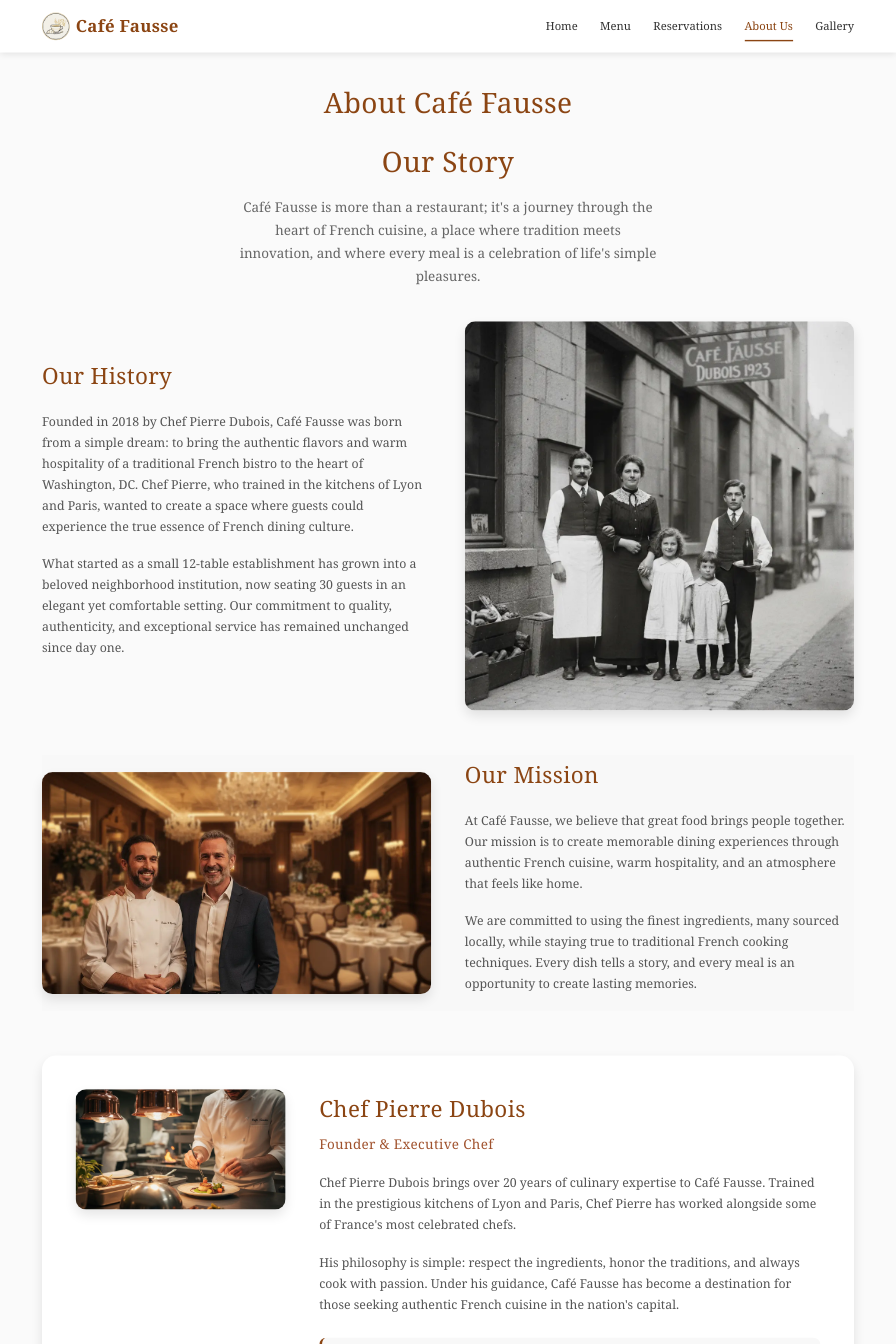
Repository: MatVanDenArt/MSSE-Cafe-Fausse
Page: /about (app in frontend/)
These files come from the project's save history. The page is drawn as it stood at one moment and after the next save; the edit follows.
The browser window is 1280 px wide. The pictures show the part of the page from y = 0 to 1920 px (the page is 3758 px tall before and 3646 px after), at 70% of full size.
The project was rebuilt for these pictures with package versions that can differ from the ones it lists, and the page was loaded fresh each time. Also part of the build but not shown: frontend/src/pages/Home.css, frontend/src/pages/Home.js, frontend/src/pages/Menu.css, frontend/src/pages/Menu.js, frontend/src/pages/Reservations.css, frontend/src/pages/Reservations.js, frontend/src/pages/Gallery.css, frontend/src/pages/Gallery.js.

Above is the page before, as saved 2025-10-26 15:03:41.

After the next save:
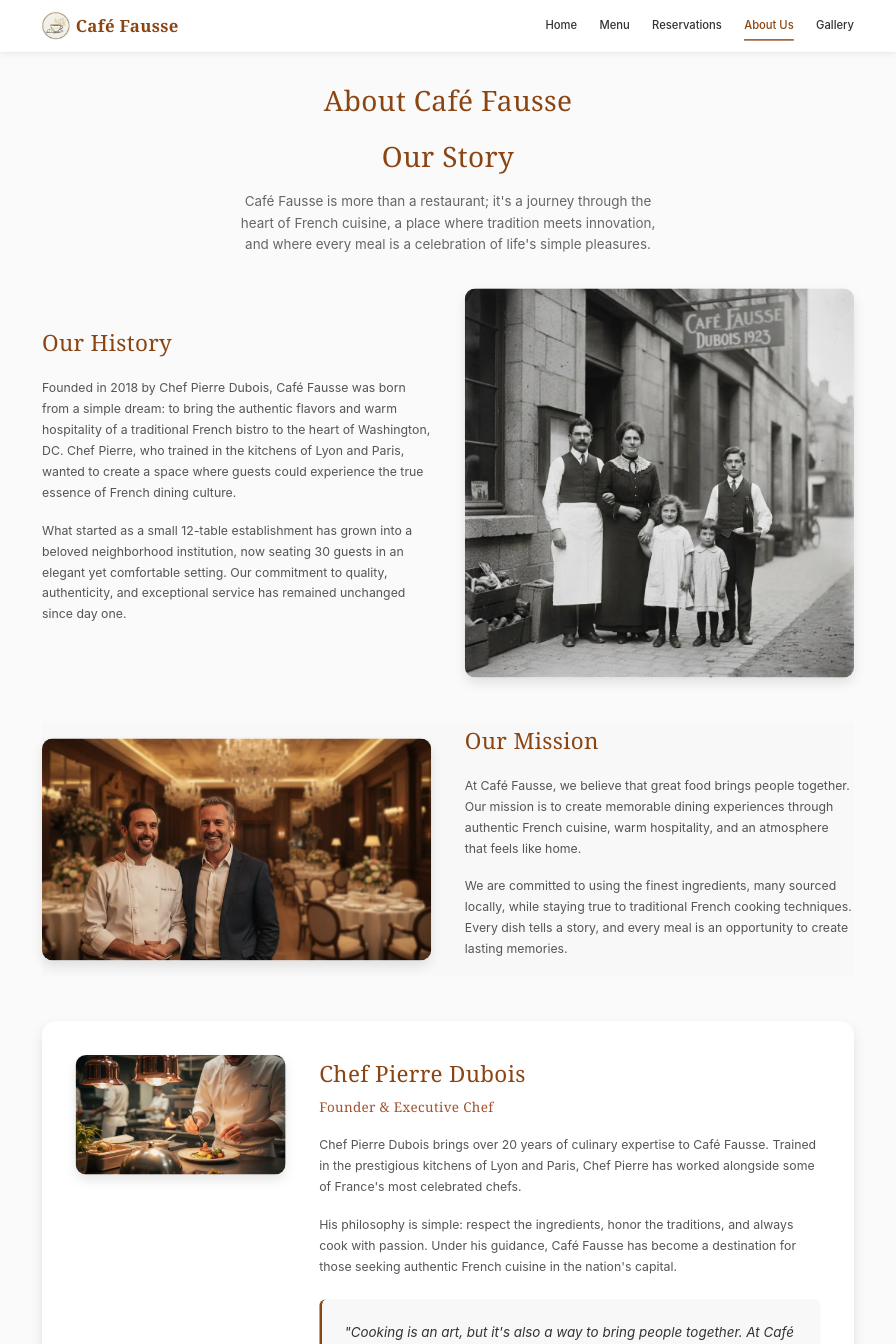
Saved 8 s later.
--- a/frontend/src/App.css
+++ b/frontend/src/App.css
@@ -8,9 +8,8 @@
 @import url("https://fonts.googleapis.com/css2?family=Cormorant+Garamond:ital,wght@0,300;0,400;0,500;0,600;0,700;1,300;1,400;1,500;1,600&family=Inter:wght@300;400;500;600&family=Source+Sans+Pro:ital,wght@0,300;0,400;0,600;1,300;1,400&display=swap");
 
 body {
-  font-family: "EB Garamond", "Crimson Text", "Georgia", "Times New Roman",
-    serif;
-  line-height: 1.7;
+  font-family: "Inter", "Source Sans Pro", "Helvetica Neue", "Arial", sans-serif;
+  line-height: 1.6;
   color: #333;
   background-color: #fafafa;
   font-weight: 400;
@@ -59,6 +58,7 @@ h3 {
 p {
   margin-bottom: 1rem;
   font-size: 1.1rem;
+  font-family: "Inter", "Source Sans Pro", "Helvetica Neue", "Arial", sans-serif;
 }
 
 /* Container */
